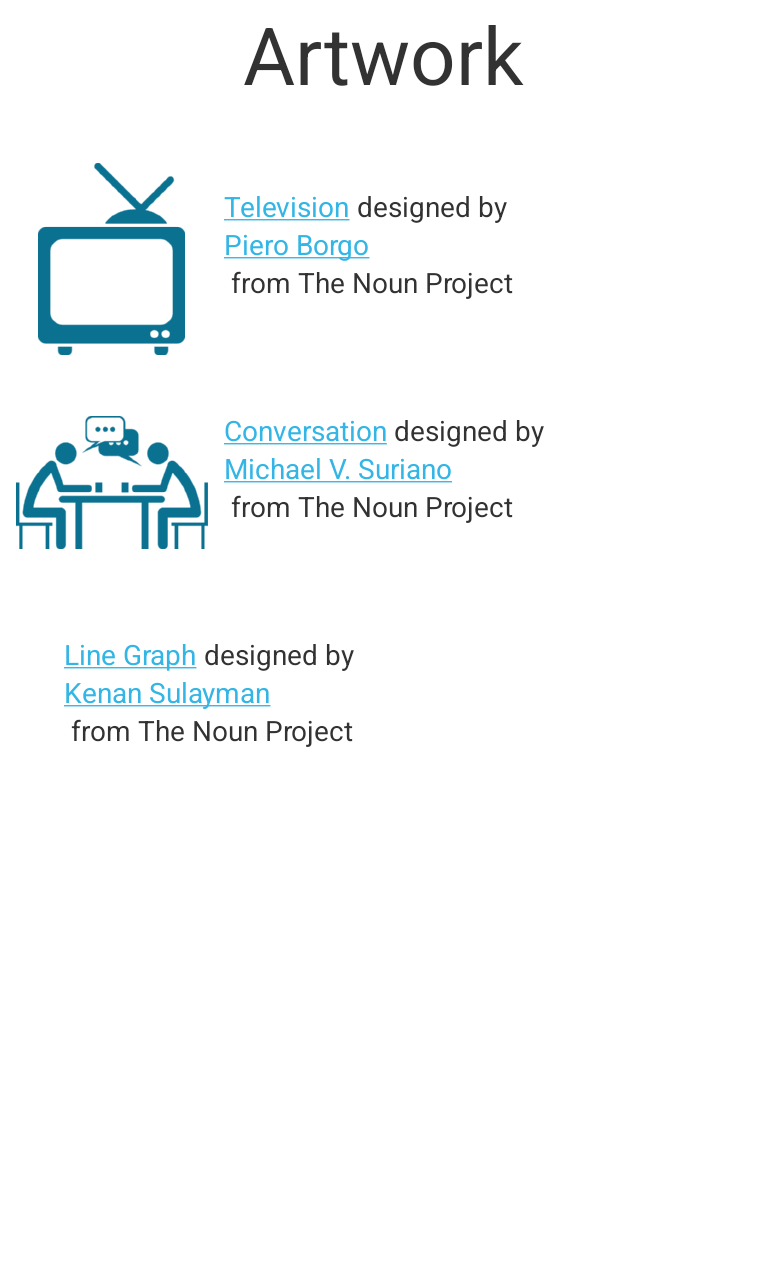
Repository: jmd33/capstone
Layout: Hearing Test/res/layout/artwork.xml
An editor plug-in stored every save of this project. The layout is shown before and after the next save, followed by the edit.
It is drawn on a 768 x 1280 px phone screen (xhdpi) without system bars, with theme ThemeLight; the app's code is not run.

Above is the layout before, as saved 2013-05-21 00:41:32.

After the next save:
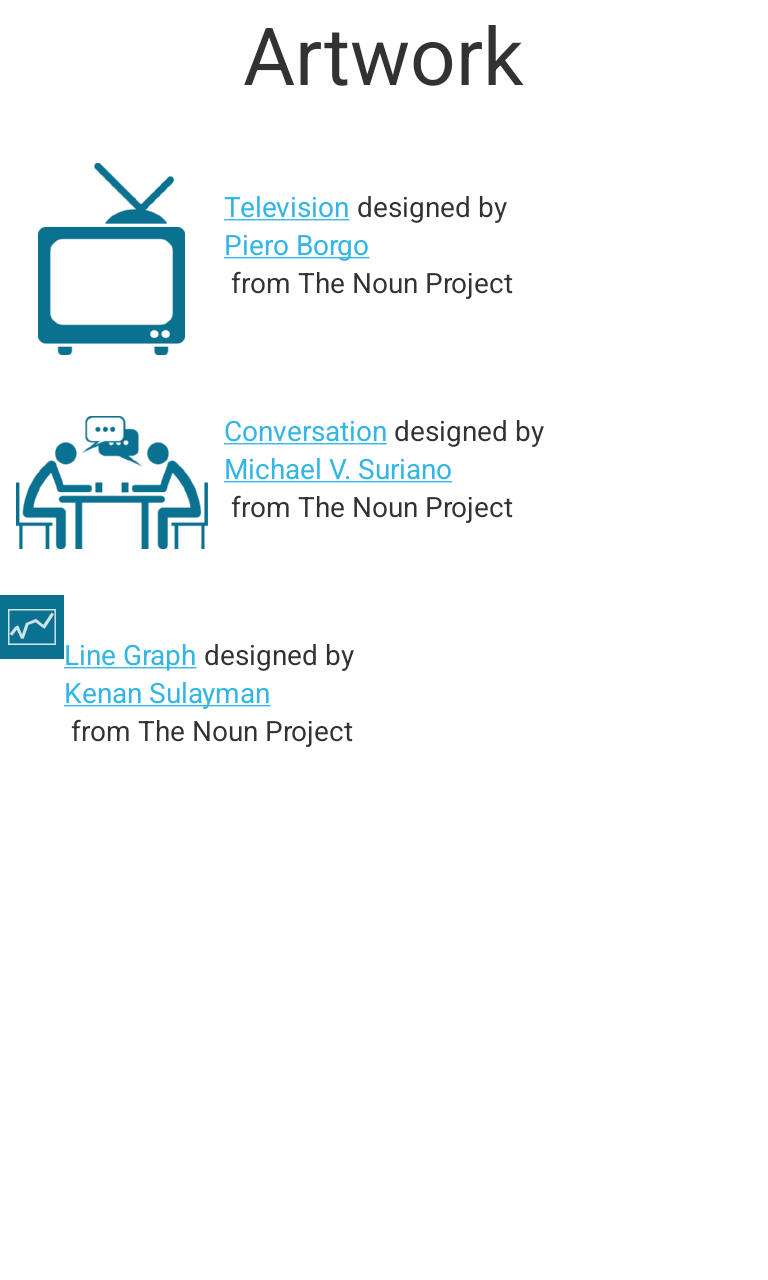
Saved 74 s later.
--- a/Hearing Test/res/layout/artwork.xml
+++ b/Hearing Test/res/layout/artwork.xml
@@ -162,6 +162,7 @@
                     android:id="@+id/iv_icon_1"
                     android:layout_width="wrap_content"
                     android:layout_height="wrap_content"
+                    android:background="@color/dark_blue"
                     android:src="@drawable/ic_action_graph" />
 
                 <LinearLayout
